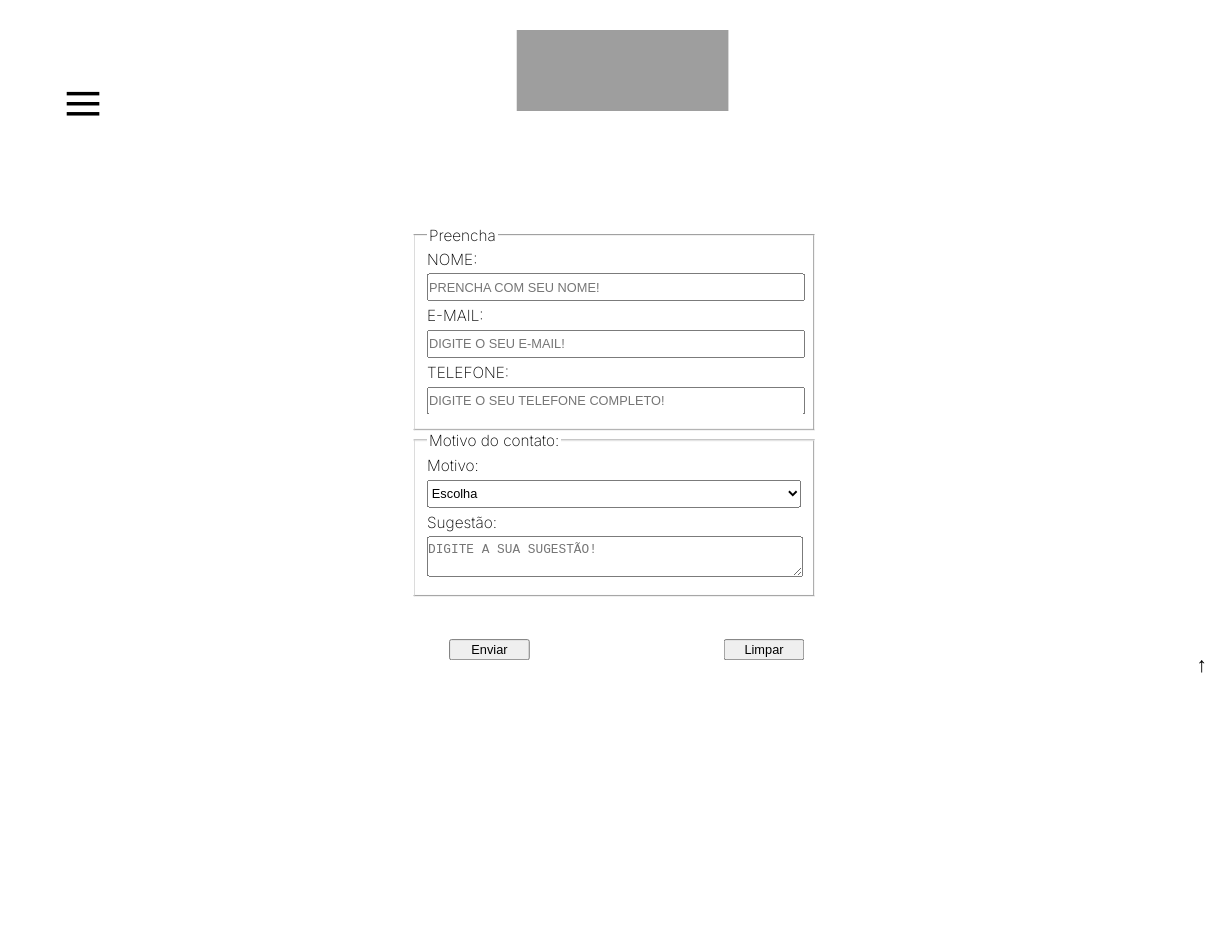
Repository: Cavejon/faClubeHighCompany
Page: ProjetoFaClubeHigh/WebContent/META-INF/pages/site/sugestoes.html
An editor plug-in stored every save of this project. The page is shown before and after the next save, followed by the edit.
The browser window is 1280 px wide. The pictures show the whole page, at 96% of full size.
Pictures or frames that could not be fetched are drawn as grey boxes. Some icons come from a web library that is not loaded, so they are not drawn.

Above is the page before, as saved 2022-12-06 22:13:52.
Console error: TypeError: Cannot read properties of null (reading 'addEventListener')

### ProjetoFaClubeHigh/WebContent/META-INF/pages/site/sugestoes.html
<!DOCTYPE html>
<html lang="pt-br">
<head>
<meta charset="UTF-8">
<meta name="viewport" content="widht=device-widht, initial-scale=1.0">
<link rel="stylesheet" type="text/css" href="../../../css/sugestoes.css">
<script src="https://unpkg.com/phosphor-icons"></script>
<title>SUGESTÕES</title>
</head>
<body onload='document.form1.text1.focus()'>

	<div id="myNav" class="overlay">
		<a href="javascript:void(0)" class="closebtn" onclick="closeNav()">
			× </a>

		<div class="overlay-content">
			<a href="../../../index.html">HISTÓRIA</a> <a href="sugestoes.html">SUGESTÕES</a>
			<a href="lookBook.html">LOOKBOOK</a> <a href="contatos.html">CONTATOS</a>
		</div>
	</div>

	<span id="menuNav" style="font-size: 73px; cursor: pointer"
		onclick="openNav()"> ≡ </span>

	<script>
		function openNav() {
			document.getElementById("myNav").style.display = "block";
		}

		function closeNav() {
			document.getElementById("myNav").style.display = "none";
		}
	</script>
	<div>
		<a
			href="file:///C:/Users/pedro_cavejon/Downloads/desafioHighFaClube/ProjetoFaClubeHigh/WebContent/index.html">
			<img src="../../../img/HIGHLOGO.png" alt="logo da HIGH"
			class="logoHigh">
		</a>
	</div>
 <!--
	<section class="faleConosco">

		<form name="form1" method="post" action="#">
			<fieldset>
				<legend>Preencha</legend>

				<label for="nome"><i class="ph-user"></i>NOME: </label> <label
					for="firstname"></label> <input type="text" name="nome " required
					id="firstname" placeholder="PRENCHA COM SEU NOME!">


			<ul>

				<li><input type='text' name='text1' /></li>
				<li>&nbsp;</li>
				<li class="submit"><input type="submit" name="submit"
					value="Submit" onclick="ValidateEmail(document.form1.text1)" /></li>
				<li>&nbsp;</li>
			</ul>

		<label for="fone"><i class="ph-phone"></i>TELEFONE: </label> <input
					type="text" name="txtfone" id="fone"
					placeholder="DIGITE O SEU TELEFONE COMPLETO!">
				<button id="btnClear" type="reset">Limpar</button>
				<button id="btnSubmit" type="submit">Enviar</button>

					</fieldset>
		</form>
	</section>

-->
	<section class="faleConosco">

		<form name="frmsugestões" method="post" action="#">
			<fieldset>
				<legend>Preencha</legend>

				<label for="nome"><i class="ph-user"></i>NOME: </label> <label
					for="firstname"></label> <input type="text" name="nome " required
					id="firstname" placeholder="PRENCHA COM SEU NOME!">

				 <label	for="mail"><i class="ph-envelope"></i>E-MAIL: </label>
				  <input type="email" id="email" placeholder="DIGITE O SEU E-MAIL!">

				<label for="fone"><i class="ph-phone"></i>TELEFONE: </label> <input
					type="text" name="txtfone" id="fone"
					placeholder="DIGITE O SEU TELEFONE COMPLETO!">


			</fieldset>

			<fieldset class="sugestoesAqui">
				<legend>Motivo do contato:</legend>
				<label for="motivo"><i class="ph-arrow-bend-up-right"></i>Motivo:</label>
				<select name="selmotivo" id="motivo">
					<option value="">Escolha</option>
					<option value="RE">Reclamação</option>
					<option value="SU">Sugestão</option>
				</select> <label for="comentario">Sugestão:</label>
				<textarea name="txacomentario" id="comentario"
					placeholder="DIGITE A SUA SUGESTÃO!"></textarea>
				<button id="btnClear" type="reset">Limpar</button>
				<button id="btnSubmit" type="submit">Enviar</button>

			</fieldset>
		</form>
	</section>


	<a class="btn" href="#"></a>

	<script type="text/javascript" src="menuDropDown.js"></script>
	<script type="text/javascript" src="formvalidador.js"></script>

</body>
</html>

### ProjetoFaClubeHigh/WebContent/css/sugestoes.css
@charset "UTF-8";

@import
	url('https://fonts.googleapis.com/css2?family=Inter:wght@200&display=swap')
	;

.logoHigh {
	width: 221px;
	height: 85px;
	top: 31px;
	right: 50%;
	left: 42%;
	position: absolute;
}

body {
	height: 100%;
	width: 50%;
}

.faleConosco {
	box-sizing: border-box;
	position: absolute;
	width: 33%;
	left: 50%;
	transform: translate(-50%, -29%);
	top: 63%;
	font-family: 'Inter', 'sans-serif';
	height: 105%
}

.sugestoesAqui {
	font-family: 'Inter';
}

.faleConosco input, .faleConosco textarea, .faleConosco select {
	margin: 5px auto;
	width: 100%;
	padding: 5px 0;
}

.faleConosco textaera {
	height: 100px;
	resize: none;
}

.faleConosco button {
	box-sizing: border-box;
	position: absolute;
	width: 84px;
	height: 22px;
	left: 38%;
	top: 57%;
}

.show {
	display: block;
}

#topoId {
	position: absolute;
	width: 186px;
	height: 29px;
	left: 43%;
	font-family: 'Inter';
	font-style: normal;
	font-size: 29px;
	line-height: 36px;
	top: 24%;
}

#menu {
	list-style: none;
	padding: 0;
}

.overlay-content {
	position: relative;
	top: 37%;
	width: 100%;
	text-align: center;
	font-family: 'Inter';
}

.overlay a {
	padding: 10px;
	text-decoration: none;
	font-size: 40px;
	color: white;
	display: block;
	transition: 0.3s;
	font-family: 'Inter';
}

.overlay .closebtn {
	position: absolute;
	top: 10px;
	right: 35px;
	font-size: 70px;
}

#menuNav {
	display: flex;
	padding: 3.625rem;
	max-width: 10px;
}

.btn {
	display: flex;
	justify-content: center;
	align-items: center;
	position: fixed;
	bottom: 10px;
	right: 10px;
	width: 37px;
	height: 35px;
	text-decoration: none;
}

.btn::after {
	content: "↑";
	font-size: 22px;
	font-weight: bold;
	color: #000;
	transition: margin-top 250ms;
}

.btn:hover::after {
	margin-top: -8px;
}

#btnClear {
	left: 20.3125rem;
}

#btnSubmit {
	left: 2.4375rem;
}

.overlay {
	width: 100%;
	height: 100vh;
	position: fixed;
	bottom: 0;
	left: 0;
	z-index: 1;
	background-color: rgba(0, 0, 0, 0.85);
	justify-content: center;
	align-items: center;
	display: none;
	flex-direction: column;
	font-family: 'Inter';
}


/***************************
Validador para o formulário name
**************************/
#nameError {
	display: none;
	font-size: 0.8em;
}

#nameError.visible {
	display: block;
}

input.invalid {
	border-color: red;
}
/*******************
validation name
***********************/
/*****************

li {list-style-type: none;
font-size: 16pt;
}
.mail {
margin: auto;
padding-top: 10px;
padding-bottom: 10px;
width: 400px;
background :
#D8F1F8;
border: 1px soild
silver;
}
.mail h2 {
margin-left: 38px;
}
input {
font-size: 20pt;
}
input:focus, textarea:focus{
background-color:
lightyellow;
}
input submit {
font-size: 12pt;
}
.rq {
color:
#FF0000;
font-size: 10pt;
}

********************/

### ProjetoFaClubeHigh/WebContent/META-INF/pages/site/menuDropDown.js
function myFunction() {
  document.getElementById("myDropdown").classList.toggle("show");
}

// Close the dropdown menu
window.onclick = function(event) {
  if (!event.target.matches('.dropbtn')) {
    var dropdowns = document.getElementsByClassName("dropdown-content");
    var i;
    for (i = 0; i < dropdowns.length; i++) {
      var openDropdown = dropdowns[i];
      if (openDropdown.classList.contains('show')) {
        openDropdown.classList.remove('none');
      }
    }
  }
}

### ProjetoFaClubeHigh/WebContent/META-INF/pages/site/formvalidador.js
//validation name

const nameField = document.querySelector("input");

nameField.addEventListener("input", () => {
	nameField.setCustomValidity("");
	nameField.checkValidity();
	console.log(nameField.checkValidity());
});

nameField.addEventListener("invalid", () => {
	nameField.setCustomValidity("Este campo deve ser preenchido!");
});

//validation phone

var phone_input = document.getElementById("myform_phone");

phone_input.addEventListener('input', () => {
  phone_input.setCustomValidity('');
  phone_input.checkValidity();
});

phone_input.addEventListener('invalid', () => {
  if(phone_input.value === '') {
    phone_input.setCustomValidity('Enter phone number!');
  } else {
    phone_input.setCustomValidity('Enter phone number in this format: 123-456-7890');
  }
});

After the next save:
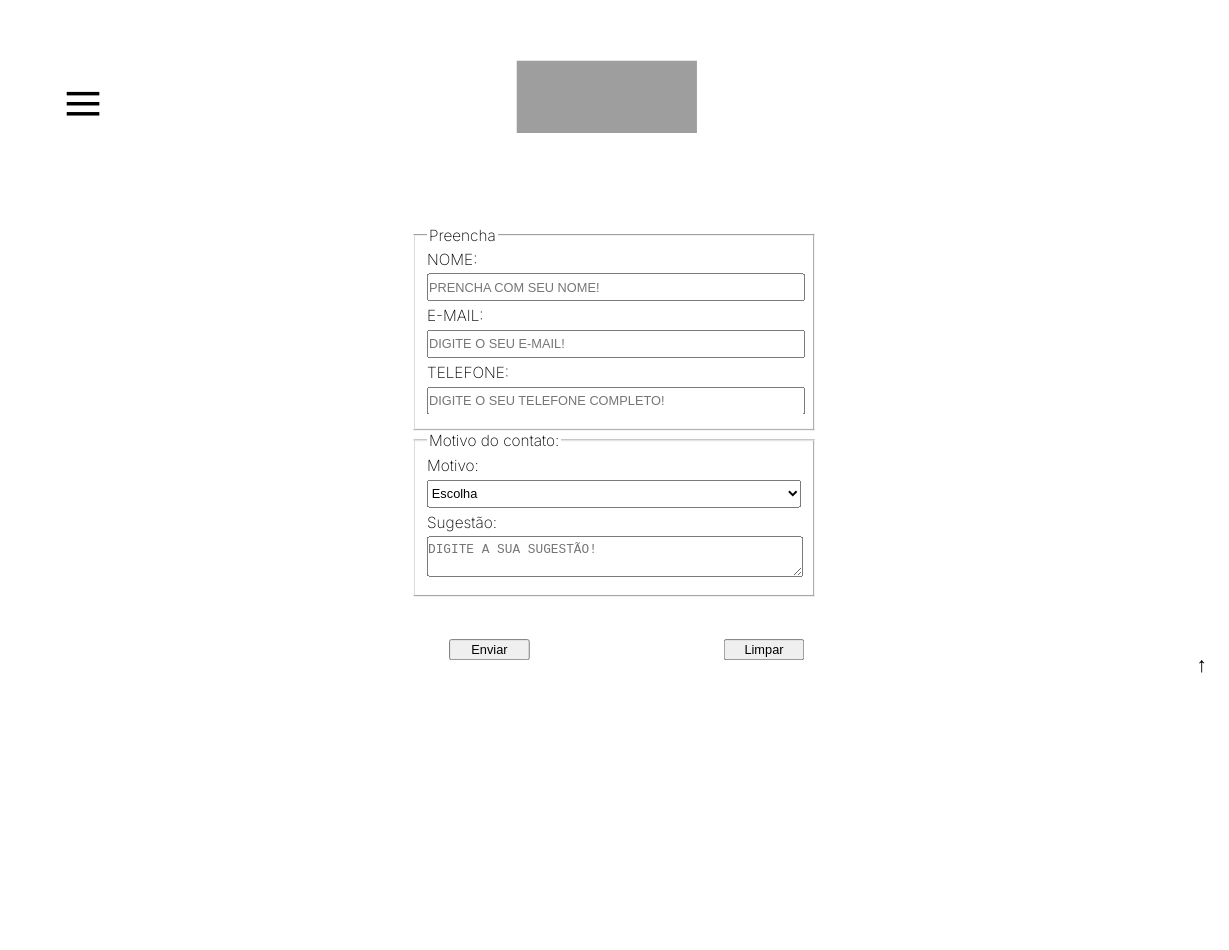
Saved 3 min 20 s later.
--- a/ProjetoFaClubeHigh/WebContent/css/sugestoes.css
+++ b/ProjetoFaClubeHigh/WebContent/css/sugestoes.css
@@ -5,9 +5,9 @@
 	;
 
 .logoHigh {
-	width: 221px;
-	height: 85px;
-	top: 31px;
+	width: 188px;
+	height: 76px;
+	top: 63px;
 	right: 50%;
 	left: 42%;
 	position: absolute;
@@ -152,7 +152,6 @@
 	font-family: 'Inter';
 }
 
-
 /***************************
 Validador para o formulário name
 **************************/
